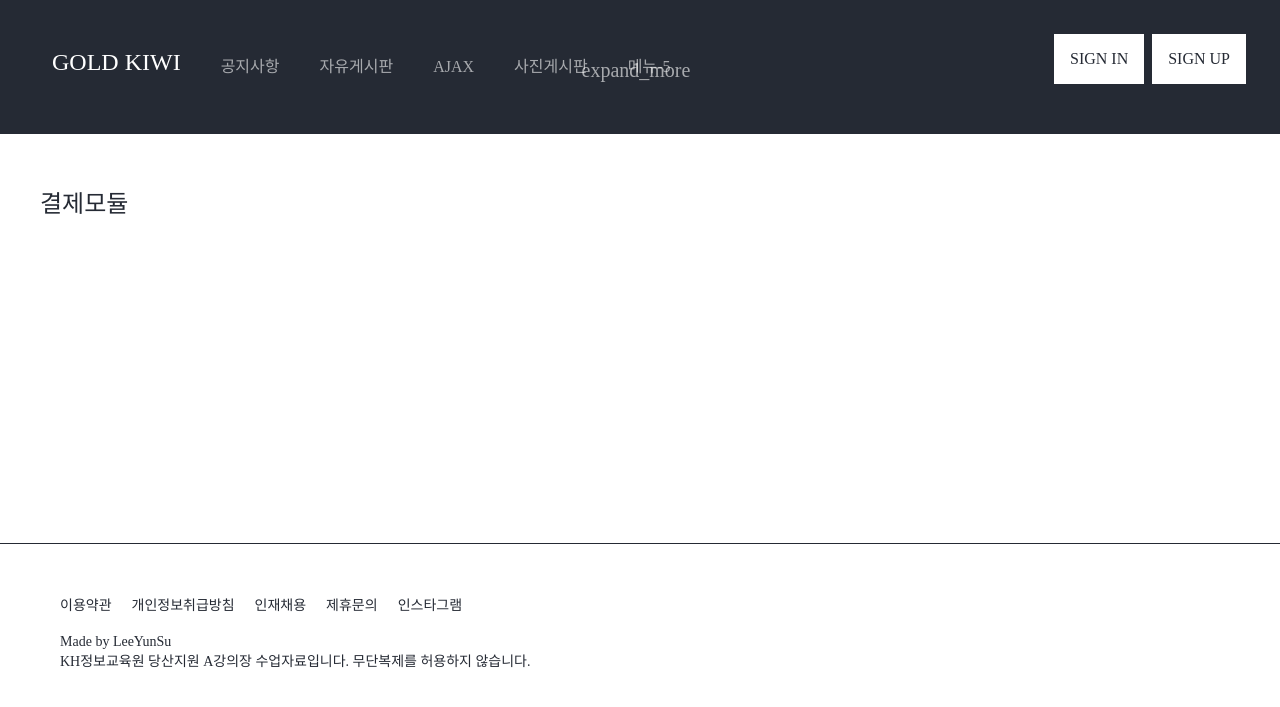
Repository: RiboKim/web-workspace
Page: http://localhost/07_mvc2WebProject/WEB-INF/views/etc/pay.jsp
The author's editor kept a copy of each file at every save. The page is drawn from the files as they stood at one save, then again after the next save.
The browser window is 1280 px wide. The pictures show the whole page.
Some web fonts or font styles are not loaded; a fallback is used. The page is served by Tomcat 9. Nobody is signed in. The template is opened directly, without the code that normally fills it, so the values that code supplies are empty.

Above is the page before, as saved 2023-02-22 07:50:49.

After the next save:
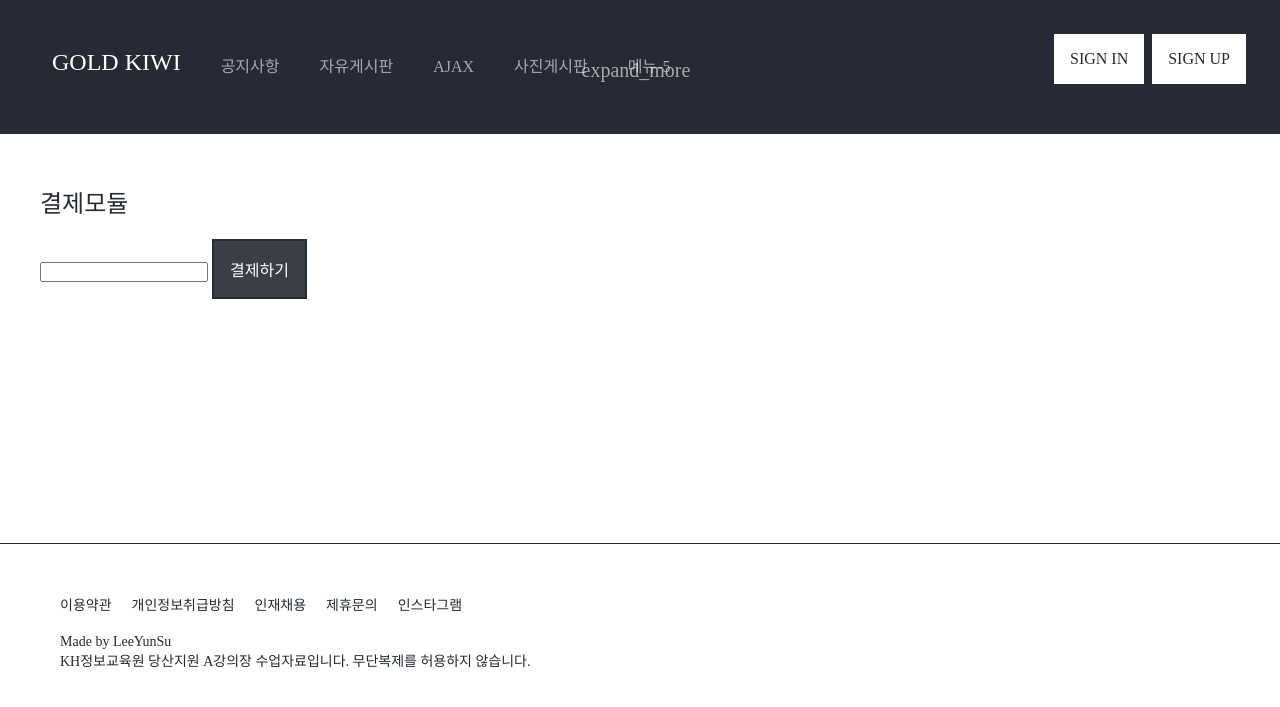
Saved 94 s later.
--- a/07_mvc2WebProject/src/main/webapp/WEB-INF/views/etc/pay.jsp
+++ b/07_mvc2WebProject/src/main/webapp/WEB-INF/views/etc/pay.jsp
@@ -10,6 +10,8 @@
  	<%@include file = "/WEB-INF/views/common/header.jsp" %>
 	<div class="page-content">
 		<div class="page-title">결제모듈</div>
+		<input type="text" id="pay">
+		<button id="payBtn" class="btn bc1">결제하기</button>
 	</div>
 	<%@include file = "/WEB-INF/views/common/footer.jsp" %>
 </body>
